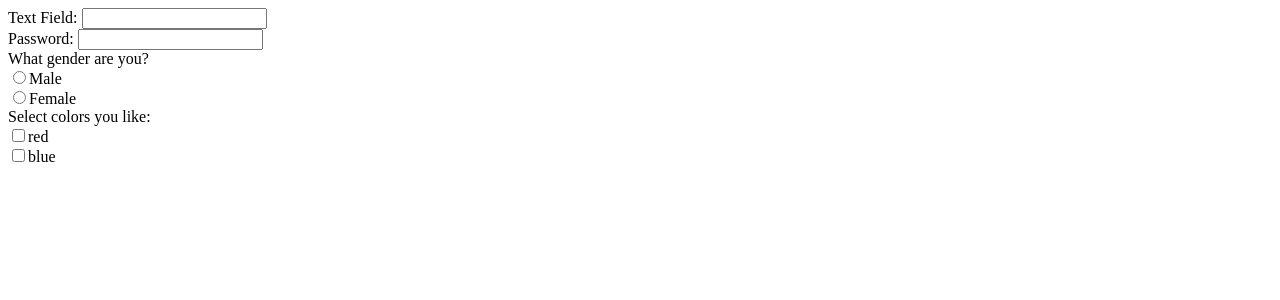
Repository: helcioajr/helcioajr.github.io
Page: first-site/form.html
The author's editor kept a record of every edit. The page is drawn from the files as they stood at one moment, then again after the next edit.
The browser window is 1280 px wide. The pictures show the whole page.

Above is the page before.

After the next edit:
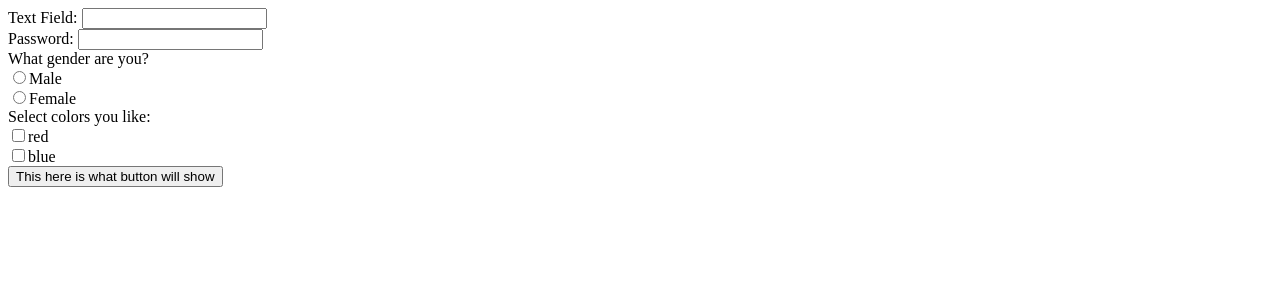
The edit:
--- a/first-site/form.html
+++ b/first-site/form.html
@@ -8,5 +8,6 @@
    Select colors you like:<br>
    <input type="checkbox" name="color" value="red">red<br>
    <input type="checkbox" name="color" value="blue">blue<br>
+   <input type="submit" value="This here is what button will show"/>
 
 </form>
